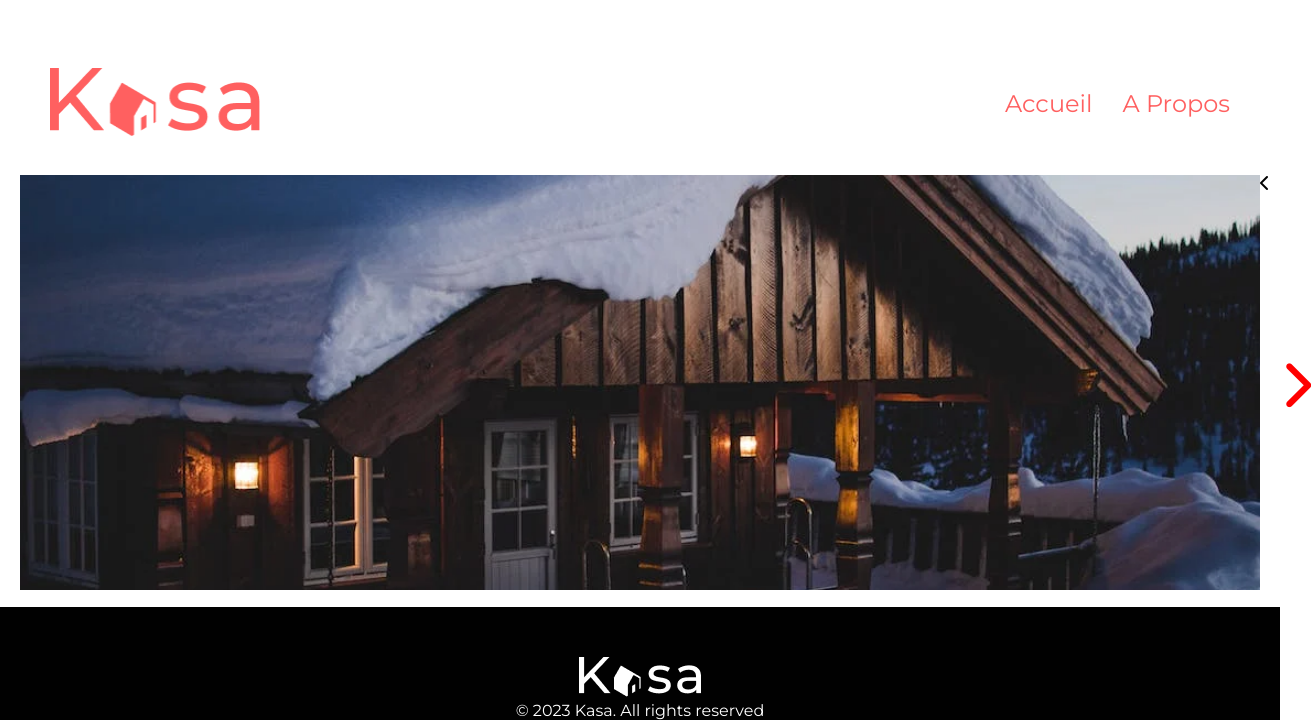
Repository: Ascaris29/Kasa_oc
Page: /essai (app in kasa_project/)
The author's editor kept a copy of each file at every save. The page is drawn from the files as they stood at one save, then again after the next save.
The browser window is 1280 px wide. The page is 1311 px wide, then 1280 px, so the pictures cover 1311 px, including what lies to the right of the window. The pictures show the whole page.
Some web libraries are served in a nearby version. The project was rebuilt for these pictures with package versions that can differ from the ones it lists, and the page was loaded fresh each time. Also part of the build but not shown: kasa_project/src/pages/homepage/Homepage.module.scss, kasa_project/src/pages/homepage/components/CardLogement.module.scss, kasa_project/src/pages/homepage/components/CardLogement.js, kasa_project/src/pages/homepage/Homepage.js, kasa_project/src/pages/404/404.module.scss, kasa_project/src/pages/404/404.js, kasa_project/src/pages/a_propos/APropos.module.scss, kasa_project/src/pages/a_propos/components/CardDescription.module.scss and 6 more.

Above is the page before, as saved 2023-03-16 16:04:39.

After the next save:
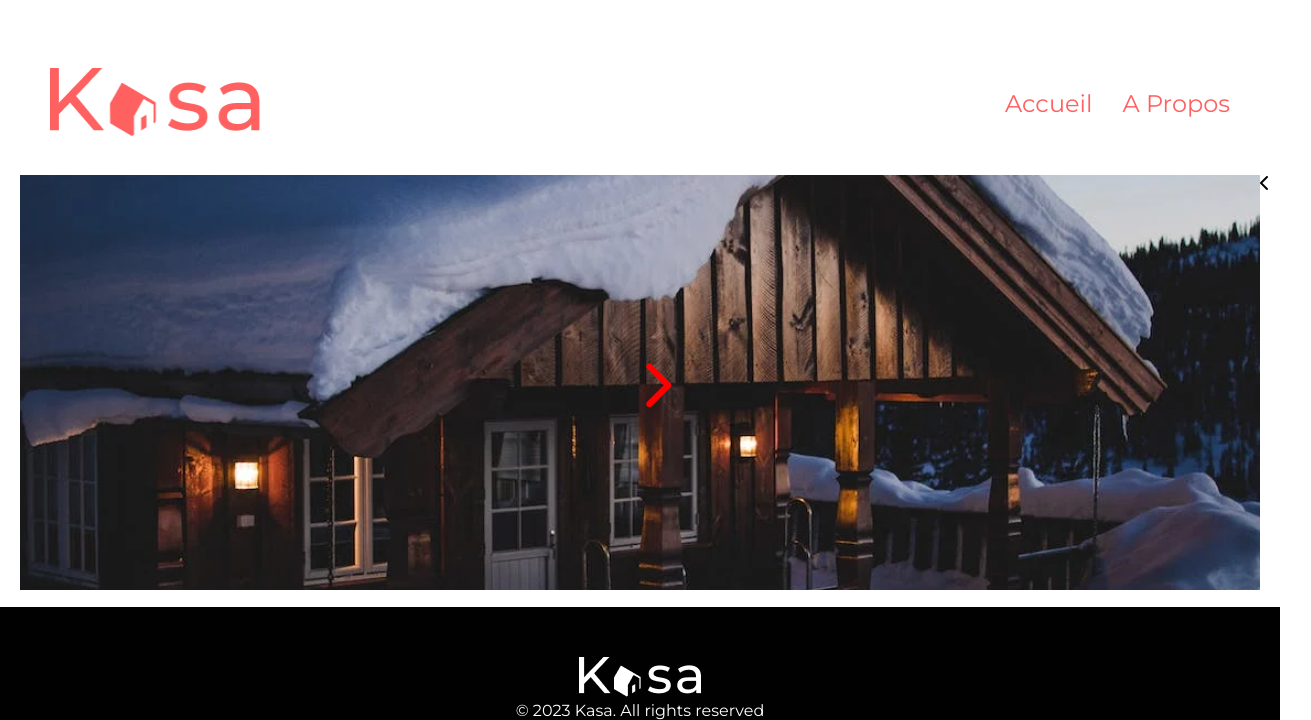
Saved 8 s later.
--- a/kasa_project/src/pages/logement/components/caroussel/Caroussel.module.scss
+++ b/kasa_project/src/pages/logement/components/caroussel/Caroussel.module.scss
@@ -12,7 +12,7 @@
     .chevronRight{
         position:absolute;
         top:50%;
-        left:100%;
+        left:50%;
         font-size:50px;
         color:red;
     }
